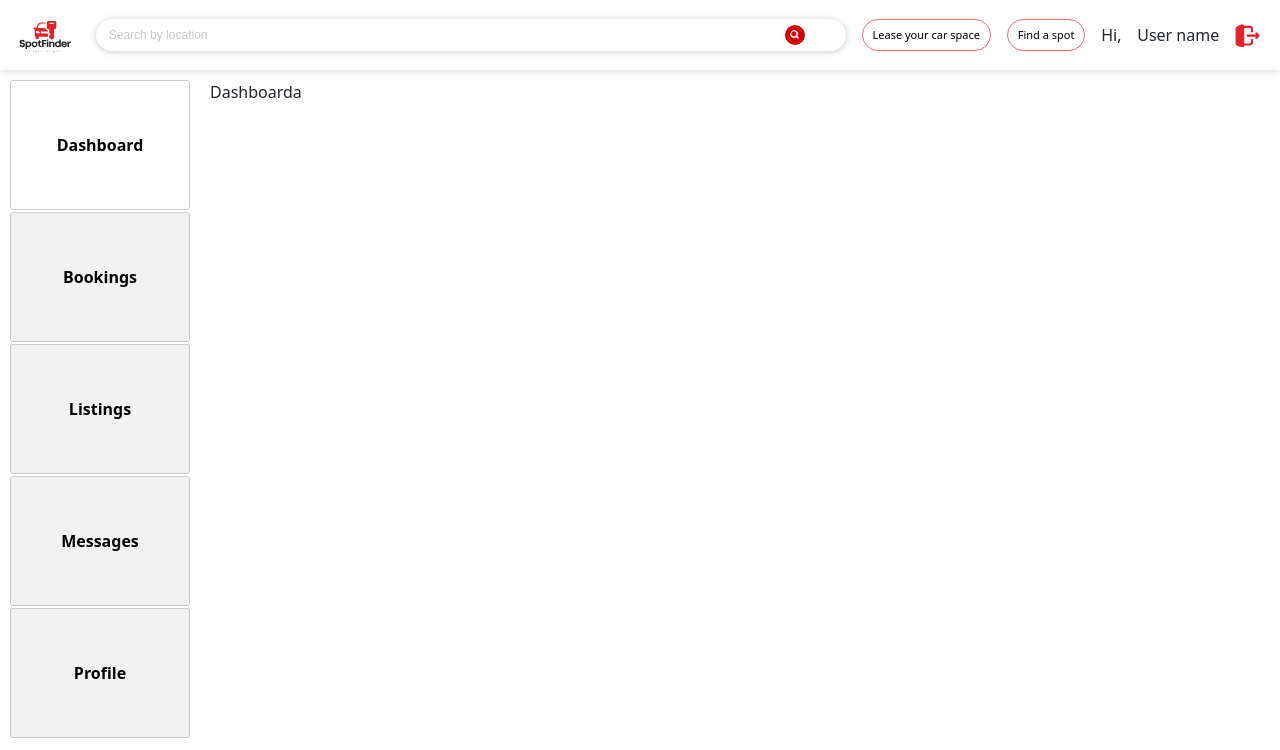
Repository: UNSWSpotFinder/SpotFinder
Page: /dashboard (app in frontend/)
An editor plug-in stored every save of this project. The page is shown before and after the next save, followed by the edit.
The browser window is 1280 px wide. The pictures show the whole page.
The project was rebuilt for these pictures with package versions that can differ from the ones it lists, and the page was loaded fresh each time. Also part of the build but not shown: frontend/src/Login.css, frontend/src/Login.jsx, frontend/src/Regist.css, frontend/src/Regist.jsx, frontend/src/HomePage.jsx, frontend/src/App.css, frontend/src/components/Bookings.jsx, frontend/src/components/Listings.jsx and 2 more.

Above is the page before, as saved 2024-03-09 20:48:32.

After the next save:
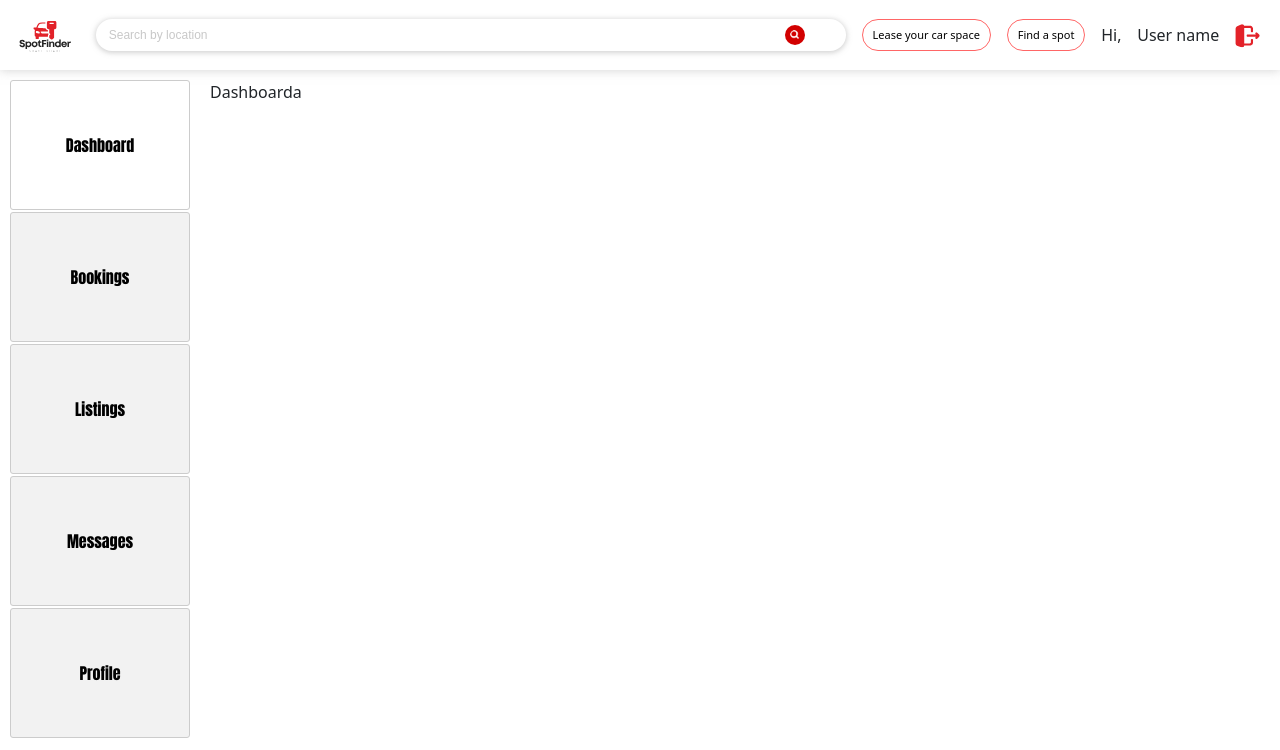
Saved 5 s later.
--- a/frontend/src/components/DashboardTop.css
+++ b/frontend/src/components/DashboardTop.css
@@ -68,7 +68,7 @@
     align-items: center; /* 垂直居中 */
     justify-content: center; /* 水平居中 */
     font-weight: bold; /* 文字加粗 */
-    font-family:;
+    font-family:Impact, Haettenschweiler, 'Arial Narrow Bold', sans-serif;
     text-decoration: none; /* 去除下划线 */
     color: black; /* 文字颜色，可以根据需求更改 */
 
